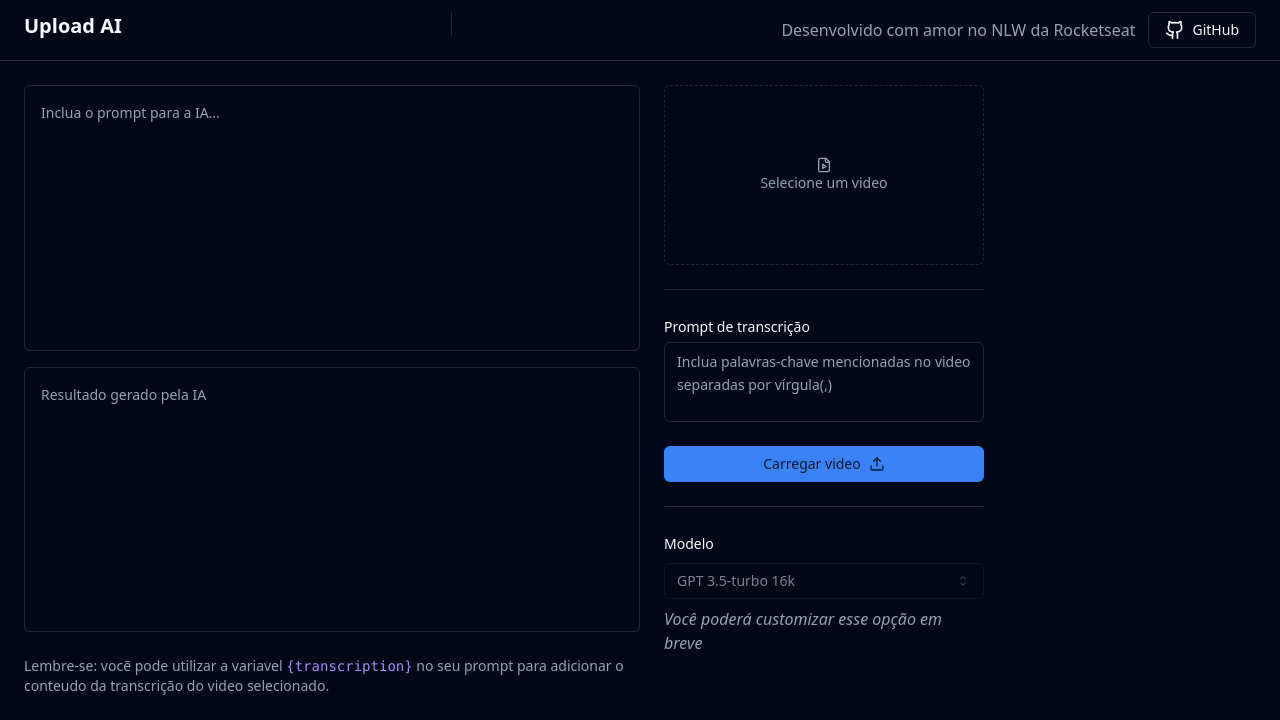
Repository: brksaian/nlw-2023-IA
Page: /
These files come from the project's save history. The page is drawn as it stood at one moment and after the next save; the edit follows.
The browser window is 1280 px wide. The pictures show the whole page.
The project was rebuilt for these pictures with package versions that can differ from the ones it lists, and the page was loaded fresh each time. Also part of the build but not shown: vite.config.ts.

Above is the page before, as saved 2023-09-12 22:53:58.

### index.html
<!DOCTYPE html>
<html lang="en">
  <head>
    <meta charset="UTF-8" />
    <meta name="viewport" content="width=device-width, initial-scale=1.0" />
    <title>Upload AI</title>
  </head>
  <body>
    <div id="root"></div>
    <script type="module" src="/src/main.tsx"></script>
  </body>
</html>

### src/App.tsx
import { Button } from "./components/ui/button";
import { Github, FileVideo, Upload } from "lucide-react";
import { Separator } from "./components/ui/separator";
import { Textarea } from "./components/ui/textarea";
import { Label } from "./components/ui/label";
import {
  Select,
  SelectContent,
  SelectItem,
  SelectTrigger,
  SelectValue,
} from "./components/ui/select";

export function App() {
  return (
    <div className="min-h-screen flex flex-col">
      <div className="px-6 py-3 flex item-center justify-between border-b">
        <h1 className="text-xl font-bold">Upload AI</h1>

        <Separator orientation="vertical" className="h-6" />

        <div className="flex items-center gap-3">
          <span className="text-small text-muted-foreground">
            Desenvolvido com amor no NLW da Rocketseat
          </span>
          <Button variant="outline">
            <Github className="w-5 h-5 mr-2" />
            GitHub
          </Button>
        </div>
      </div>
      <main className="flex-1 p-6 flex gap-6">
        <div className="flex flex-col gap-6 w-1/2">
          <div className="grid grid-rows-2 gap-4 flex-1">
            <Textarea
              placeholder="Inclua o prompt para a IA..."
              className="resize-none p-4 leading-relaxed"
            />
            <Textarea
              placeholder="Resultado gerado pela IA"
              className="resize-none p-4 leading-relaxed"
              readOnly
            />
          </div>
          <p className="text-sm text-muted-foreground">
            Lembre-se: vocẽ pode utilizar a variavel{" "}
            <code className="text-violet-400">{"{transcription}"}</code> no seu
            prompt para adicionar o conteudo da transcrição do video
            selecionado.
          </p>
        </div>
        <aside className="w-80 space-y-6">
          <form className="space-y-6">
            <label
              htmlFor="video"
              className="border flex rounded-md aspect-video cursor-pointer border-dashed text-sm flex-col items-center justify-center text-muted-foreground hover:bg-primary/5"
            >
              <FileVideo className="w-4 h-4" />
              Selecione um video
            </label>
            <input
              type="file"
              name="video"
              id="video"
              className="sr-only"
              accept="video/mp4"
            />

            <Separator />

            <div className="space-y-1">
              <Label htmlFor="transcription-prompt">
                Prompt de transcrição
              </Label>
              <Textarea
                id="transcription-prompt"
                placeholder="Inclua palavras-chave mencionadas no video separadas por vírgula(,)"
                className="h-20 leading-relaxed resize-none"
              />
            </div>

            <Button className="w-full">
              Carregar video
              <Upload className="w-4 h-4 ml-2" />
            </Button>
          </form>

          <Separator />

          <form className="space-y-6">
            <div className="space-y-2">
              <Label htmlFor="keywords">Modelo</Label>
              <Select disabled defaultValue="gpt3.5">
                <SelectTrigger>
                  <SelectValue />
                </SelectTrigger>
                <SelectContent>
                  <SelectItem value={"gpt3.5"}>GPT 3.5-turbo 16k</SelectItem>
                </SelectContent>
              </Select>
              <span className="text-xm text-muted-foreground block italic">
                Você poderá customizar esse opção em breve
              </span>
            </div>
          </form>
        </aside>
      </main>
    </div>
  );
}

### src/index.css
@tailwind base;
@tailwind components;
@tailwind utilities;

@layer base {
  :root {
    --background: 222.2 84% 4.9%;
    --foreground: 210 40% 98%;
    --card: 222.2 84% 4.9%;
    --card-foreground: 210 40% 98%;
    --popover: 222.2 84% 4.9%;
    --popover-foreground: 210 40% 98%;
    --primary: 217.2 91.2% 59.8%;
    --primary-foreground: 222.2 47.4% 11.2%;
    --secondary: 217.2 32.6% 17.5%;
    --secondary-foreground: 210 40% 98%;
    --muted: 217.2 32.6% 17.5%;
    --muted-foreground: 215 20.2% 65.1%;
    --accent: 217.2 32.6% 17.5%;
    --accent-foreground: 210 40% 98%;
    --destructive: 0 62.8% 30.6%;
    --destructive-foreground: 210 40% 98%;
    --border: 217.2 32.6% 17.5%;
    --input: 217.2 32.6% 17.5%;
    --ring: 224.3 76.3% 48%;

    --radius: 0.5rem;
  }
}

@layer base {
  * {
    @apply border-border;
  }
  body {
    @apply bg-background text-foreground;
  }
}

### src/components/ui/button.tsx
import * as React from "react"
import { Slot } from "@radix-ui/react-slot"
import { cva, type VariantProps } from "class-variance-authority"

import { cn } from "@/lib/utils"

const buttonVariants = cva(
  "inline-flex items-center justify-center rounded-md text-sm font-medium transition-colors focus-visible:outline-none focus-visible:ring-1 focus-visible:ring-ring disabled:pointer-events-none disabled:opacity-50",
  {
    variants: {
      variant: {
        default:
          "bg-primary text-primary-foreground shadow hover:bg-primary/90",
        destructive:
          "bg-destructive text-destructive-foreground shadow-sm hover:bg-destructive/90",
        outline:
          "border border-input bg-transparent shadow-sm hover:bg-accent hover:text-accent-foreground",
        secondary:
          "bg-secondary text-secondary-foreground shadow-sm hover:bg-secondary/80",
        ghost: "hover:bg-accent hover:text-accent-foreground",
        link: "text-primary underline-offset-4 hover:underline",
      },
      size: {
        default: "h-9 px-4 py-2",
        sm: "h-8 rounded-md px-3 text-xs",
        lg: "h-10 rounded-md px-8",
        icon: "h-9 w-9",
      },
    },
    defaultVariants: {
      variant: "default",
      size: "default",
    },
  }
)

export interface ButtonProps
  extends React.ButtonHTMLAttributes<HTMLButtonElement>,
    VariantProps<typeof buttonVariants> {
  asChild?: boolean
}

const Button = React.forwardRef<HTMLButtonElement, ButtonProps>(
  ({ className, variant, size, asChild = false, ...props }, ref) => {
    const Comp = asChild ? Slot : "button"
    return (
      <Comp
        className={cn(buttonVariants({ variant, size, className }))}
        ref={ref}
        {...props}
      />
    )
  }
)
Button.displayName = "Button"

export { Button, buttonVariants }

### src/components/ui/separator.tsx
import * as React from "react"
import * as SeparatorPrimitive from "@radix-ui/react-separator"

import { cn } from "@/lib/utils"

const Separator = React.forwardRef<
  React.ElementRef<typeof SeparatorPrimitive.Root>,
  React.ComponentPropsWithoutRef<typeof SeparatorPrimitive.Root>
>(
  (
    { className, orientation = "horizontal", decorative = true, ...props },
    ref
  ) => (
    <SeparatorPrimitive.Root
      ref={ref}
      decorative={decorative}
      orientation={orientation}
      className={cn(
        "shrink-0 bg-border",
        orientation === "horizontal" ? "h-[1px] w-full" : "h-full w-[1px]",
        className
      )}
      {...props}
    />
  )
)
Separator.displayName = SeparatorPrimitive.Root.displayName

export { Separator }

### src/components/ui/textarea.tsx
import * as React from "react"

import { cn } from "@/lib/utils"

export interface TextareaProps
  extends React.TextareaHTMLAttributes<HTMLTextAreaElement> {}

const Textarea = React.forwardRef<HTMLTextAreaElement, TextareaProps>(
  ({ className, ...props }, ref) => {
    return (
      <textarea
        className={cn(
          "flex min-h-[60px] w-full rounded-md border border-input bg-transparent px-3 py-2 text-sm shadow-sm placeholder:text-muted-foreground focus-visible:outline-none focus-visible:ring-1 focus-visible:ring-ring disabled:cursor-not-allowed disabled:opacity-50",
          className
        )}
        ref={ref}
        {...props}
      />
    )
  }
)
Textarea.displayName = "Textarea"

export { Textarea }

### src/components/ui/label.tsx
import * as React from "react"
import * as LabelPrimitive from "@radix-ui/react-label"
import { cva, type VariantProps } from "class-variance-authority"

import { cn } from "@/lib/utils"

const labelVariants = cva(
  "text-sm font-medium leading-none peer-disabled:cursor-not-allowed peer-disabled:opacity-70"
)

const Label = React.forwardRef<
  React.ElementRef<typeof LabelPrimitive.Root>,
  React.ComponentPropsWithoutRef<typeof LabelPrimitive.Root> &
    VariantProps<typeof labelVariants>
>(({ className, ...props }, ref) => (
  <LabelPrimitive.Root
    ref={ref}
    className={cn(labelVariants(), className)}
    {...props}
  />
))
Label.displayName = LabelPrimitive.Root.displayName

export { Label }

### src/components/ui/select.tsx
import * as React from "react"
import { CaretSortIcon, CheckIcon } from "@radix-ui/react-icons"
import * as SelectPrimitive from "@radix-ui/react-select"

import { cn } from "@/lib/utils"

const Select = SelectPrimitive.Root

const SelectGroup = SelectPrimitive.Group

const SelectValue = SelectPrimitive.Value

const SelectTrigger = React.forwardRef<
  React.ElementRef<typeof SelectPrimitive.Trigger>,
  React.ComponentPropsWithoutRef<typeof SelectPrimitive.Trigger>
>(({ className, children, ...props }, ref) => (
  <SelectPrimitive.Trigger
    ref={ref}
    className={cn(
      "flex h-9 w-full items-center justify-between rounded-md border border-input bg-transparent px-3 py-2 text-sm shadow-sm ring-offset-background placeholder:text-muted-foreground focus:outline-none focus:ring-1 focus:ring-ring disabled:cursor-not-allowed disabled:opacity-50",
      className
    )}
    {...props}
  >
    {children}
    <SelectPrimitive.Icon asChild>
      <CaretSortIcon className="h-4 w-4 opacity-50" />
    </SelectPrimitive.Icon>
  </SelectPrimitive.Trigger>
))
SelectTrigger.displayName = SelectPrimitive.Trigger.displayName

const SelectContent = React.forwardRef<
  React.ElementRef<typeof SelectPrimitive.Content>,
  React.ComponentPropsWithoutRef<typeof SelectPrimitive.Content>
>(({ className, children, position = "popper", ...props }, ref) => (
  <SelectPrimitive.Portal>
    <SelectPrimitive.Content
      ref={ref}
      className={cn(
        "relative z-50 min-w-[8rem] overflow-hidden rounded-md border bg-popover text-popover-foreground shadow-md data-[state=open]:animate-in data-[state=closed]:animate-out data-[state=closed]:fade-out-0 data-[state=open]:fade-in-0 data-[state=closed]:zoom-out-95 data-[state=open]:zoom-in-95 data-[side=bottom]:slide-in-from-top-2 data-[side=left]:slide-in-from-right-2 data-[side=right]:slide-in-from-left-2 data-[side=top]:slide-in-from-bottom-2",
        position === "popper" &&
          "data-[side=bottom]:translate-y-1 data-[side=left]:-translate-x-1 data-[side=right]:translate-x-1 data-[side=top]:-translate-y-1",
        className
      )}
      position={position}
      {...props}
    >
      <SelectPrimitive.Viewport
        className={cn(
          "p-1",
          position === "popper" &&
            "h-[var(--radix-select-trigger-height)] w-full min-w-[var(--radix-select-trigger-width)]"
        )}
      >
        {children}
      </SelectPrimitive.Viewport>
    </SelectPrimitive.Content>
  </SelectPrimitive.Portal>
))
SelectContent.displayName = SelectPrimitive.Content.displayName

const SelectLabel = React.forwardRef<
  React.ElementRef<typeof SelectPrimitive.Label>,
  React.ComponentPropsWithoutRef<typeof SelectPrimitive.Label>
>(({ className, ...props }, ref) => (
  <SelectPrimitive.Label
    ref={ref}
    className={cn("px-2 py-1.5 text-sm font-semibold", className)}
    {...props}
  />
))
SelectLabel.displayName = SelectPrimitive.Label.displayName

const SelectItem = React.forwardRef<
  React.ElementRef<typeof SelectPrimitive.Item>,
  React.ComponentPropsWithoutRef<typeof SelectPrimitive.Item>
>(({ className, children, ...props }, ref) => (
  <SelectPrimitive.Item
    ref={ref}
    className={cn(
      "relative flex w-full cursor-default select-none items-center rounded-sm py-1.5 pl-2 pr-8 text-sm outline-none focus:bg-accent focus:text-accent-foreground data-[disabled]:pointer-events-none data-[disabled]:opacity-50",
      className
    )}
    {...props}
  >
    <span className="absolute right-2 flex h-3.5 w-3.5 items-center justify-center">
      <SelectPrimitive.ItemIndicator>
        <CheckIcon className="h-4 w-4" />
      </SelectPrimitive.ItemIndicator>
    </span>
    <SelectPrimitive.ItemText>{children}</SelectPrimitive.ItemText>
  </SelectPrimitive.Item>
))
SelectItem.displayName = SelectPrimitive.Item.displayName

const SelectSeparator = React.forwardRef<
  React.ElementRef<typeof SelectPrimitive.Separator>,
  React.ComponentPropsWithoutRef<typeof SelectPrimitive.Separator>
>(({ className, ...props }, ref) => (
  <SelectPrimitive.Separator
    ref={ref}
    className={cn("-mx-1 my-1 h-px bg-muted", className)}
    {...props}
  />
))
SelectSeparator.displayName = SelectPrimitive.Separator.displayName

export {
  Select,
  SelectGroup,
  SelectValue,
  SelectTrigger,
  SelectContent,
  SelectLabel,
  SelectItem,
  SelectSeparator,
}

Loaded but not shown: src/main.tsx (common file); src/lib/utils.ts (common file); tailwind.config.js (common file)

After the next save:
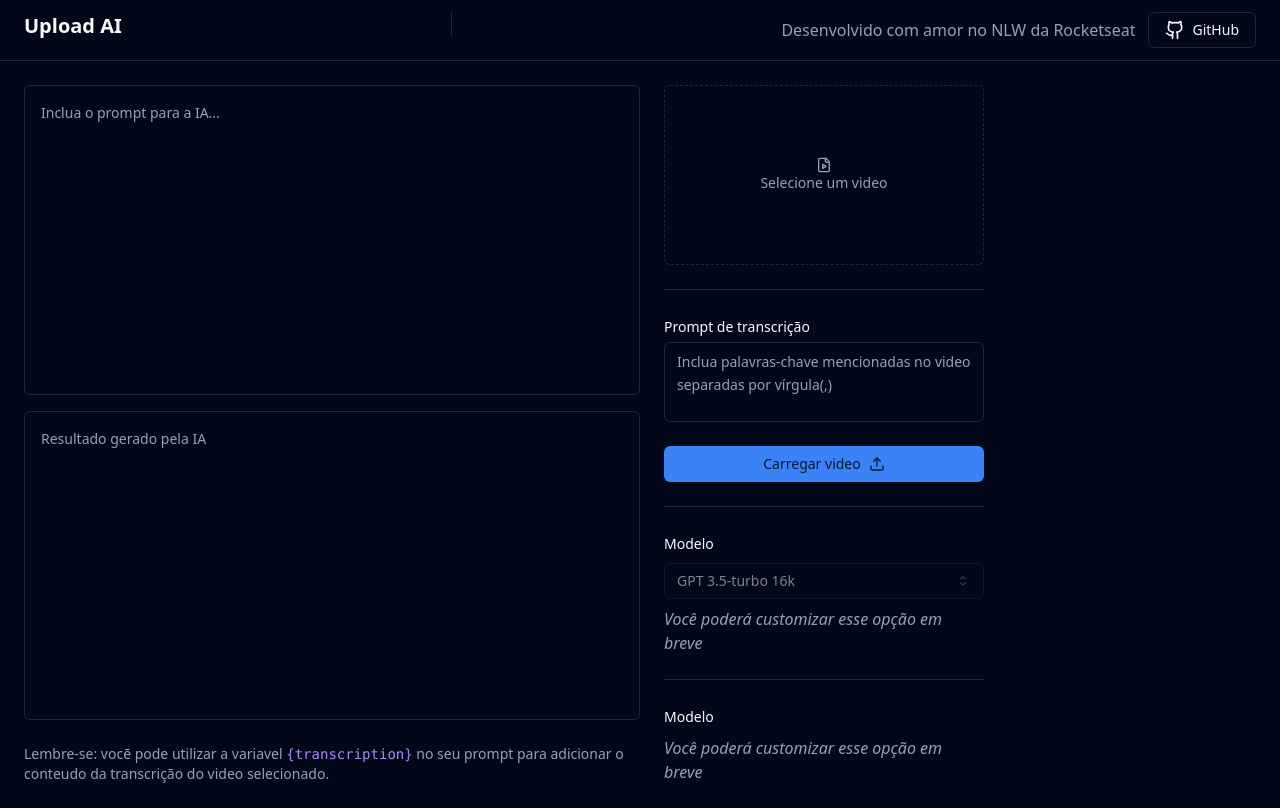
Saved 2 h 4 min later.
--- a/src/App.tsx
+++ b/src/App.tsx
@@ -103,6 +103,18 @@ export function App() {
               </span>
             </div>
           </form>
+
+          <Separator />
+
+          <form className="space-y-6">
+            <div className="space-y-2">
+              <Label htmlFor="keywords">Modelo</Label>
+
+              <span className="text-xm text-muted-foreground block italic">
+                Você poderá customizar esse opção em breve
+              </span>
+            </div>
+          </form>
         </aside>
       </main>
     </div>
